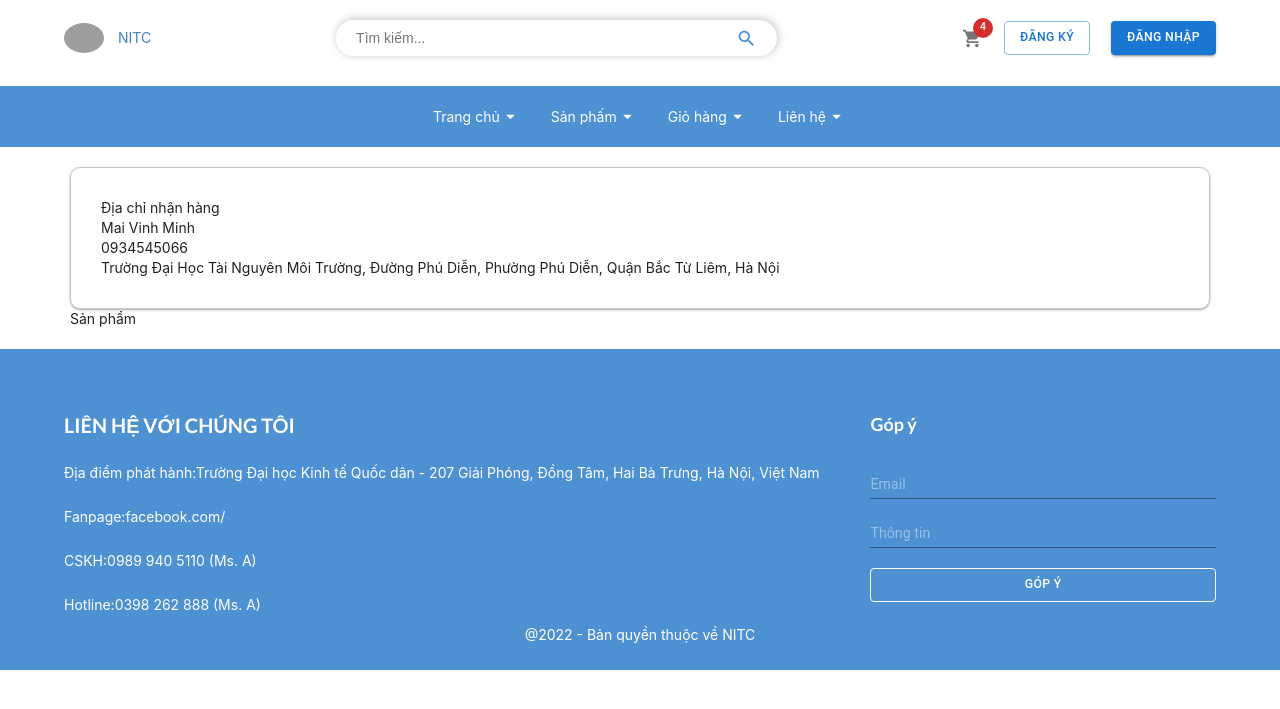
Repository: kohuyso/NEU-Market
Page: /payment (app in client/)
These files come from the project's save history. The page is drawn as it stood at one moment and after the next save; the edit follows.
The browser window is 1280 px wide. The pictures show the whole page.
Pictures or frames that could not be fetched are drawn as grey boxes. The project was rebuilt for these pictures with package versions that can differ from the ones it lists, and the page was loaded fresh each time. Also part of the build but not shown: client/src/components/Cart/Cart.css, client/src/components/Cart/Items.jsx, client/src/components/Cart/Carts.jsx, client/src/components/Cart/Cart.js, client/src/components/Home/Home.css, client/src/components/Item/Item.css, client/src/components/Item/Item.jsx, client/src/components/Home/HotDeals.jsx and 70 more.

Above is the page before, as saved 2023-02-11 17:28:11.

After the next save:
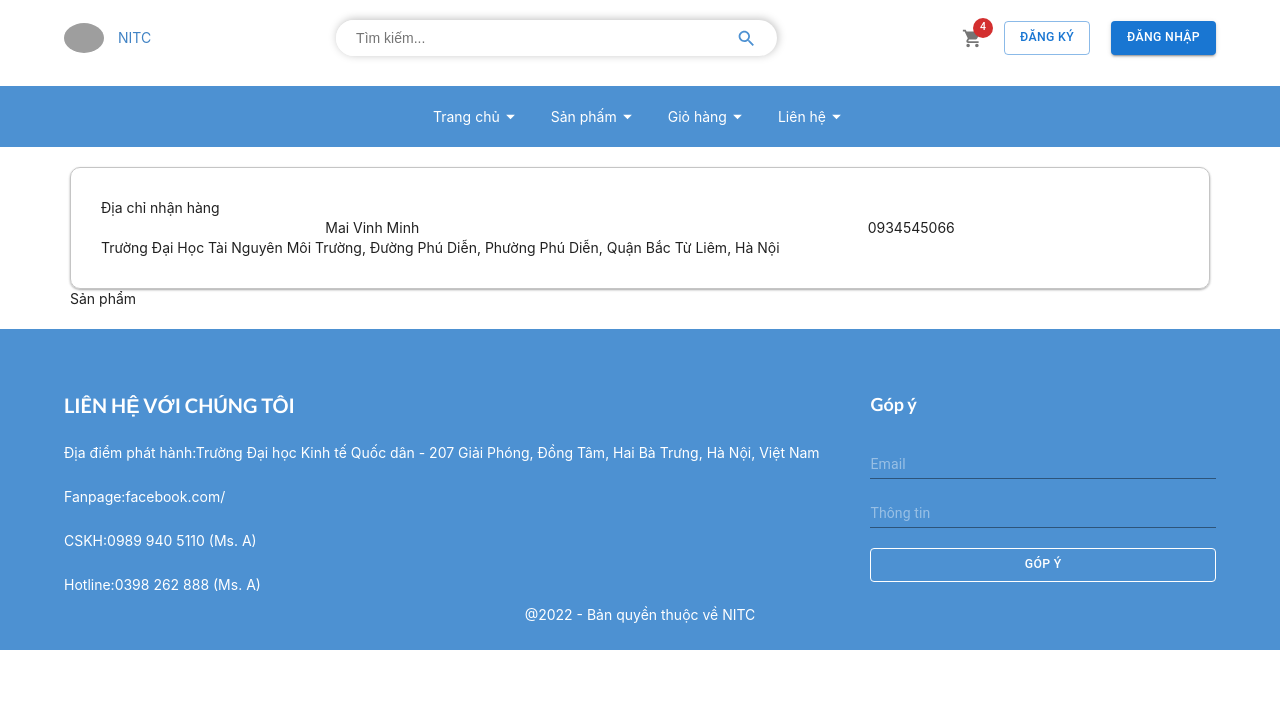
Saved 26 s later.
--- a/client/src/components/Payment/Payment.css
+++ b/client/src/components/Payment/Payment.css
@@ -17,3 +17,10 @@
     box-shadow: 0 1px 3px rgba(0,0,0,0.12), 0 1px 2px rgba(0,0,0,0.24);
     border-radius: 10px;
 }
+.payment-container .payment-wrapper .address-item .address-group {
+    display: flex;
+    width: 100%;
+    flex-direction: row;
+    justify-content: space-around;
+    align-items: center;
+}
